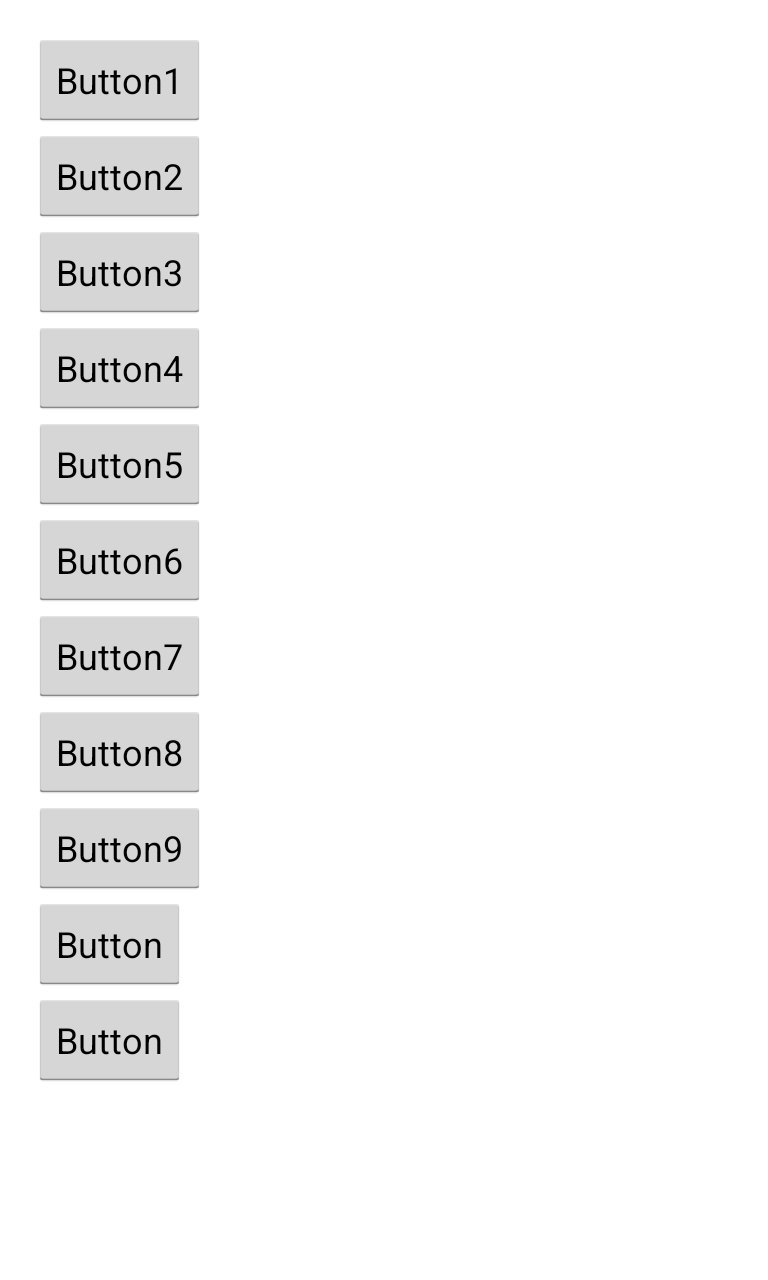
Repository: 12030121030/eventhandling
Layout: scroll/res/layout/activity_main.xml
The author's editor kept a copy of each file at every save. The layout is drawn from the files as they stood at one save, then again after the next save.
It is drawn on a 768 x 1280 px phone screen (xhdpi) without system bars, with theme AppTheme; the app's code is not run.

Above is the layout before, as saved 2014-12-27 03:29:16.

After the next save:
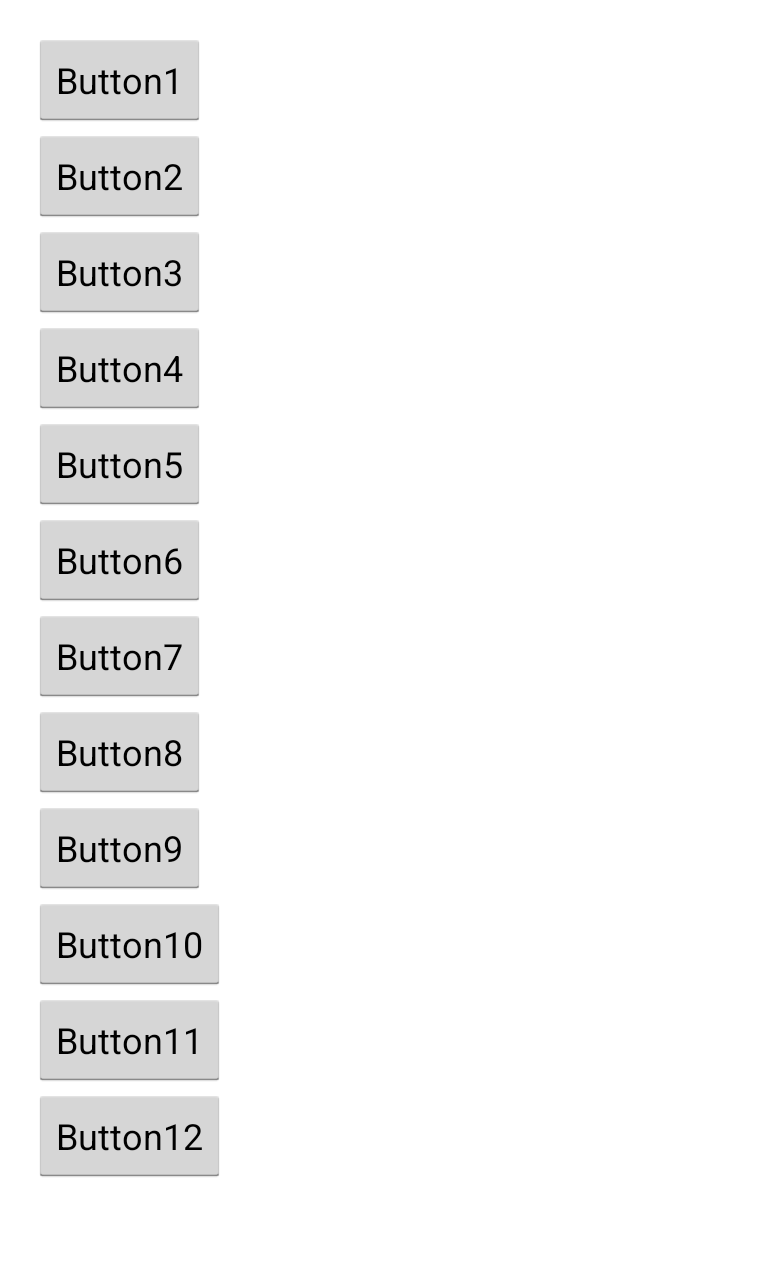
Saved 53 s later.
--- a/scroll/res/layout/activity_main.xml
+++ b/scroll/res/layout/activity_main.xml
@@ -88,13 +88,17 @@
         android:id="@+id/button10"
         android:layout_width="wrap_content"
         android:layout_height="wrap_content"
-        android:text="Button" />
+        android:text="Button10" />
 
     <Button
         android:id="@+id/button11"
         android:layout_width="wrap_content"
         android:layout_height="wrap_content"
-        android:text="Button" />
-
+        android:text="Button11" />
+	<Button
+        android:id="@+id/button11"
+        android:layout_width="wrap_content"
+        android:layout_height="wrap_content"
+        android:text="Button12" />
 </LinearLayout>
 </ScrollView>
